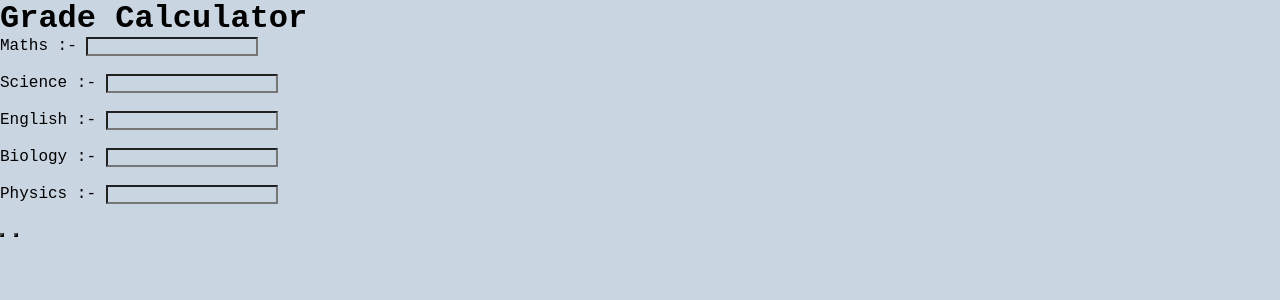
Repository: neelpatel6262/task-manager
Page: index.html
An editor plug-in stored every save of this project. The page is shown before and after the next save, followed by the edit.
The browser window is 1280 px wide. The pictures show the whole page.
Some web fonts or font styles are not loaded; a fallback is used.

Above is the page before, as saved 2025-07-17 15:55:32.

### index.html
<!DOCTYPE html>
<html lang="en">

<head>
  <meta charset="UTF-8">
  <meta name="viewport" content="width=device-width, initial-scale=1.0">
  <title>Javascript</title>
  <link rel="stylesheet" href="style.css">
  <script src="script.js"></script>
  <link rel="stylesheet" href="https://unicons.iconscout.com/release/v4.0.8/css/line.css">
  <link rel="preconnect" href="https://fonts.googleapis.com">
  <link rel="preconnect" href="https://fonts.gstatic.com" crossorigin>
  <link
    href="https://fonts.googleapis.com/css2?family=Asap:ital,wght@0,100..900;1,100..900&family=BioRhyme:wght@200..800&family=Bricolage+Grotesque:opsz,wght@12..96,200..800&family=DM+Sans:ital,opsz,wght@0,9..40,100..1000;1,9..40,100..1000&family=Inter:ital,opsz,wght@0,14..32,100..900;1,14..32,100..900&family=Italiana&family=Lora:ital,wght@0,400..700;1,400..700&family=Merriweather:ital,wght@0,300;0,400;0,700;0,900;1,300;1,400;1,700;1,900&family=Montserrat:ital,wght@0,100..900;1,100..900&family=Noto+Sans+Indic+Siyaq+Numbers&family=Noto+Sans+Old+Italic&family=Nunito:ital,wght@0,200..1000;1,200..1000&family=Pathway+Extreme:ital,opsz,wght@0,8..144,100..900;1,8..144,100..900&family=Poppins:ital,wght@0,100;0,200;0,300;0,400;0,500;0,600;0,700;0,800;0,900;1,100;1,200;1,300;1,400;1,500;1,600;1,700;1,800;1,900&family=Raleway:ital,wght@0,100..900;1,100..900&family=Space+Grotesk:wght@300..700&family=Spectral:ital,wght@0,200;0,300;0,400;0,500;0,600;0,700;0,800;1,200;1,300;1,400;1,500;1,600;1,700;1,800&family=Unbounded:wght@200..900&family=Work+Sans:ital,wght@0,100..900;1,100..900&family=Zilla+Slab:ital,wght@0,300;0,400;0,500;0,600;0,700;1,300;1,400;1,500;1,600;1,700&display=swap"
    rel="stylesheet">

</head>

<body>

  <h1>Grade Calculator</h1>

  <form action="" method="get">

    <label for="">Maths :-</label>
    <input type="number" name="" id="" maxlength="100" required>
    <br>
    <br>
    <label for="">Science :-</label>
    <input type="number" name="" id="" maxlength="100" required>
    <br>
    <br>
    <label for="">English :-</label>
    <input type="number" name="" id="" maxlength="100" required>
    <br>
    <br>
    <label for="">Biology :-</label>
    <input type="number" name="" id="" maxlength="100" required>
    <br>
    <br>
    <label for="">Physics :-</label>
    <input type="number" name="" id="" maxlength="100" required>
    <br>
    <br>

    <div class="cta">
      <button type="submit"></button>
      <button type="reset"></button>
    </div>
  </form>

</body>

</html>

### style.css
*{
  margin: 0;
  padding: 0;
  box-sizing: border-box;
 font-family: "DM Mono", monospace;
 background-color:oklch(0.869 0.022 252.894);
}

Loaded but not shown: script.js (no stored copy; drawn as an empty file)

After the next save:
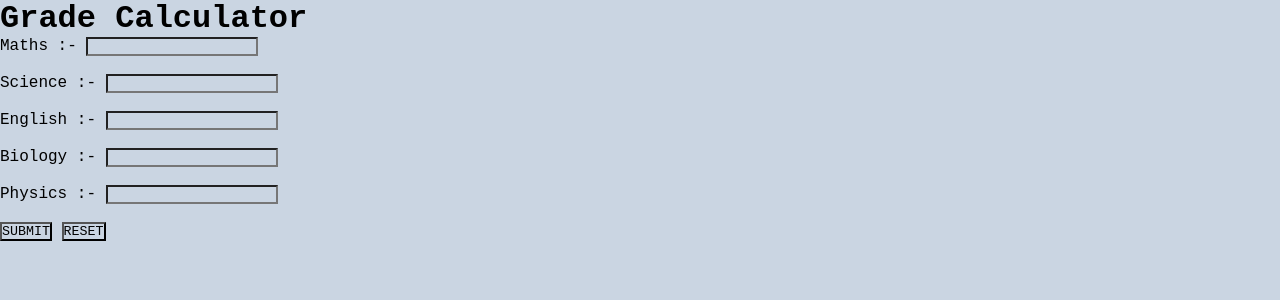
Saved 21 s later.
--- a/index.html
+++ b/index.html
@@ -44,8 +44,8 @@
     <br>
 
     <div class="cta">
-      <button type="submit"></button>
-      <button type="reset"></button>
+      <button type="submit">SUBMIT</button>
+      <button type="reset">RESET</button>
     </div>
   </form>
 
